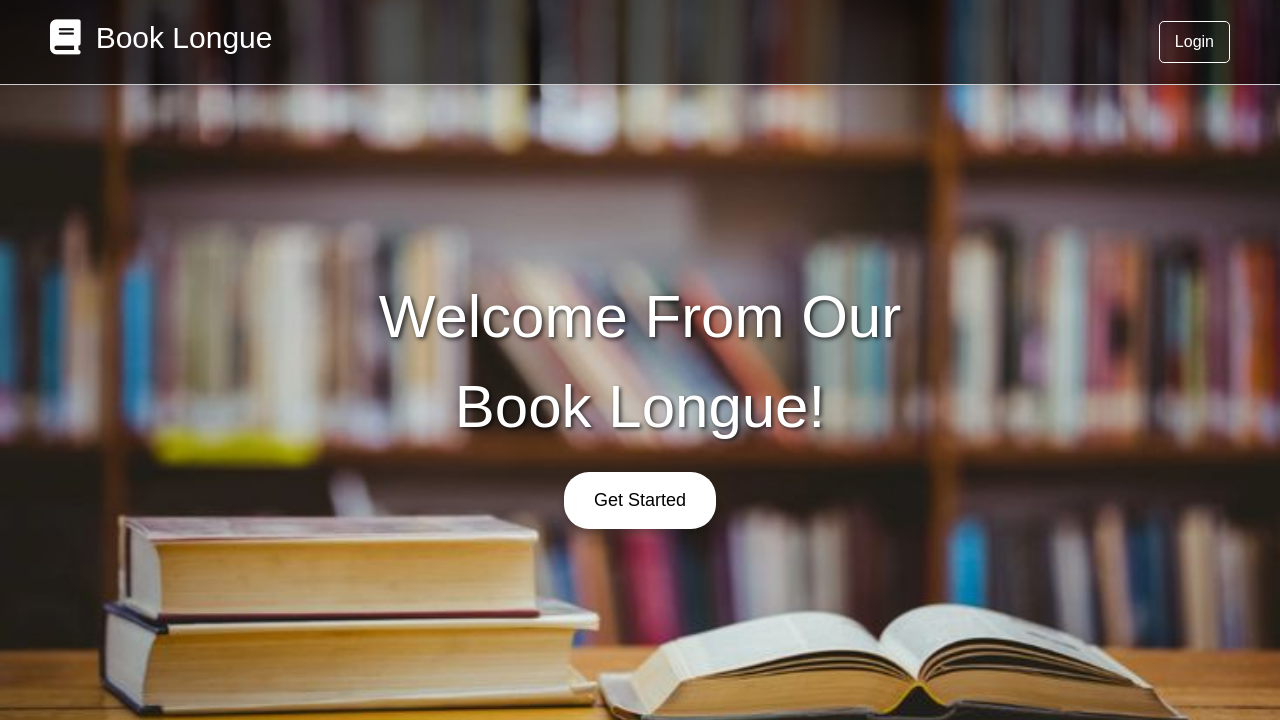
Repository: moehaymanmyint/Book-Longue-Web-System
Page: pages /GetStarted.html
The author's editor kept a copy of each file at every save. The page is drawn from the files as they stood at one save, then again after the next save.
The browser window is 1280 px wide. The pictures show the whole page.

Above is the page before, as saved 2024-12-21 20:33:50.

After the next save:
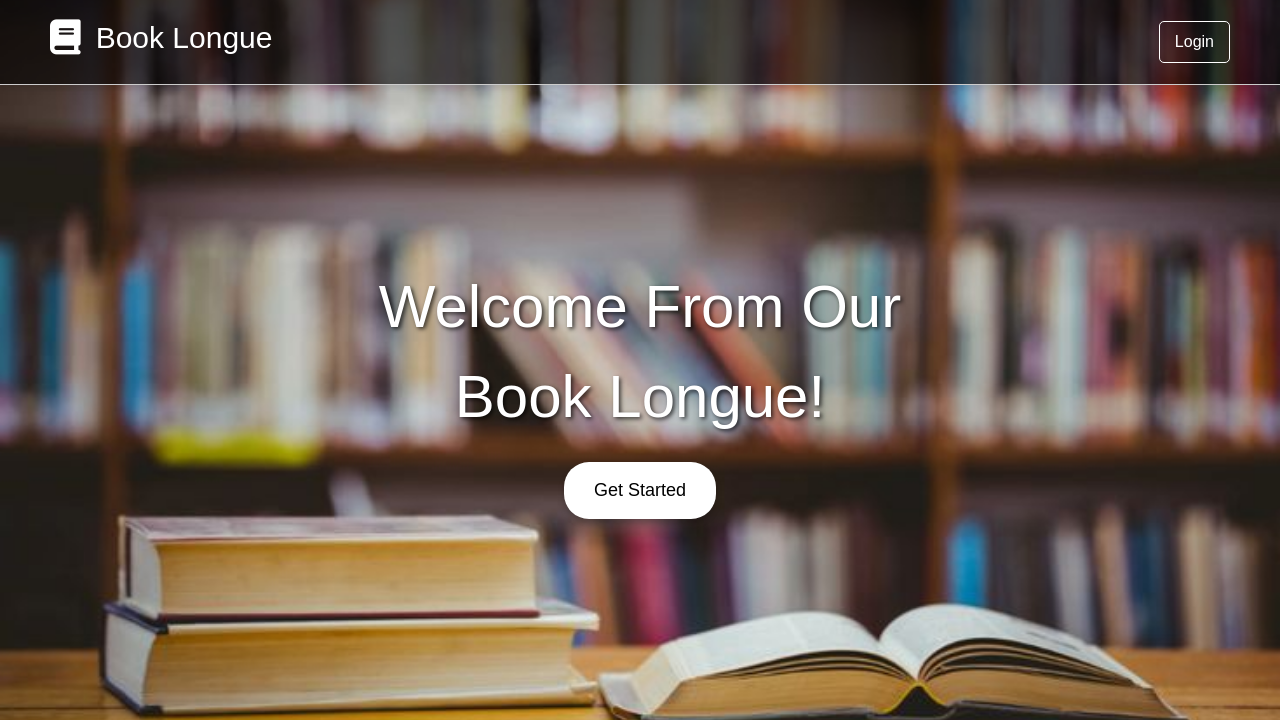
Saved 29 s later.
--- a/style/GetStarted.css
+++ b/style/GetStarted.css
@@ -60,7 +60,7 @@ body {
     justify-content: center;
     text-align: center;
     height: 100%;
-    padding-top: 60px;
+    padding-top: 40px;
 }
 
 .content h1 {
